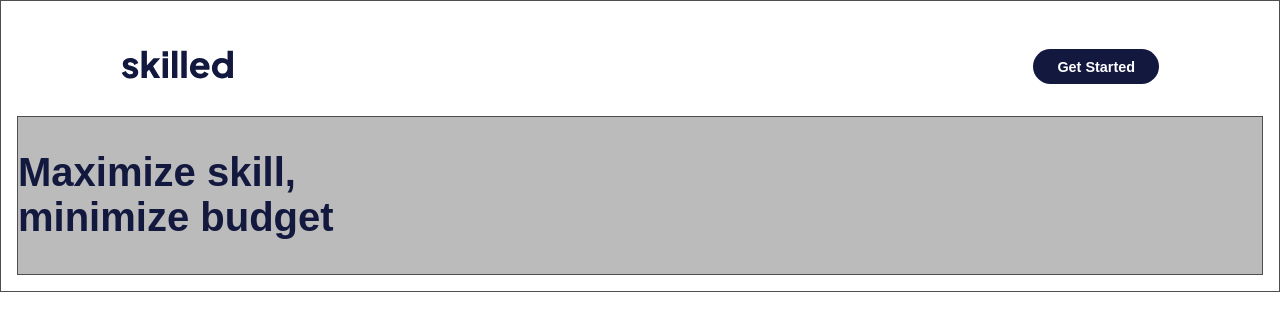
Repository: exe-walt/E-Learning-Landing-Page
Page: index.html
An editor plug-in stored every save of this project. The page is shown before and after the next save, followed by the edit.
The browser window is 1280 px wide. The pictures show the whole page.
Some web fonts or font styles are not loaded; a fallback is used.

Above is the page before, as saved 2025-05-27 19:55:06.

### index.html
<!DOCTYPE html>
<html lang="en">
<head>
  <meta charset="UTF-8">
  <meta name="viewport" content="width=device-width, initial-scale=1.0">
  <title>Skilled E-Learning Page</title>
  <link rel="stylesheet" href="css/style.css">
  <link href="https://fonts.cdnfonts.com/css/plus-jakarta-sans" rel="stylesheet">
</head>
<body>
  <div class="content-container">
    <nav>
      <div class="navbar">
        <ul>
          <li id="logo">
            <img src="img/skilled-logo.svg" alt="logo">
          </li>
          <li class="navbar-button">
            <button>Get Started</button>
          </li>
        </ul>
      </div>
    </nav>

    <section class="hero-section">
      <div class="hero-text">
        <h1>Maximize skill, <br>minimize budget</h1>
      </div>
    </section>
  </div>

</body>
</html>

### css/style.css
* {
  font-family: "Plus Jakarta Sans", sans-serif;
}
body {
  margin: 0;
  display: flex;
  justify-content: center;
  align-items: center;
}

.content-container {
  background-color: #ffffff;
  max-width: 100%;
  width: 100%;
  height: auto;
  padding: 1em;
  border: 1px solid #4f4f4f;
}

.navbar {
  display: flex;
  justify-content: space-between;
  align-items: center;
  padding: 2rem 2.5rem;
  background-color: white;
  margin-left: 4em;
  margin-right: 4em;
}

.navbar ul {
  display: flex;
  align-items: center;
  justify-content: space-between;
  width: 100%;
  list-style: none;
  margin: 0;
  padding: 0;
}

.logo img {
  height: 1.75rem;
  width: auto;
}

.navbar-button button {
  background-color: #13183F;
  color: white;
  border: none;
  border-radius: 999px;
  padding: 0.6rem 1.5rem;
  font-weight: 600;
  font-size: 0.9rem;
  cursor: pointer;
  transition: background-color 0.3s ease;
}

.navbar-button button:hover {
  background-color: #666ca3;
}

.hero-section{
  border: 1px solid #4f4f4f;
  display: flex;
  background-color: #bbbbbb;

}

.hero-section h1 {
  font-family: Plus Jakarta Sans, sans-serif;
  font-size: 2.5em;
  font-weight: 800;
  color: #13183F;
}

After the next save:
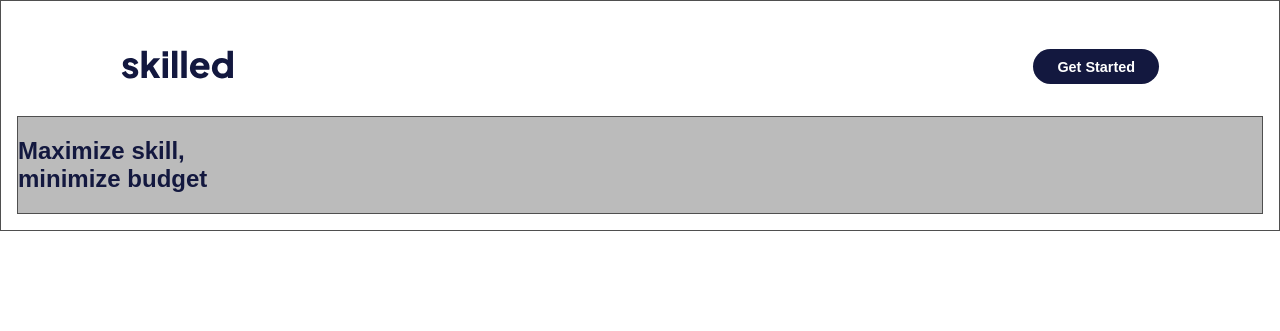
Saved 20 s later.
--- a/css/style.css
+++ b/css/style.css
@@ -67,7 +67,7 @@ body {
 
 .hero-section h1 {
   font-family: Plus Jakarta Sans, sans-serif;
-  font-size: 2.5em;
+
   font-weight: 800;
   color: #13183F;
 }

After the save that followed:
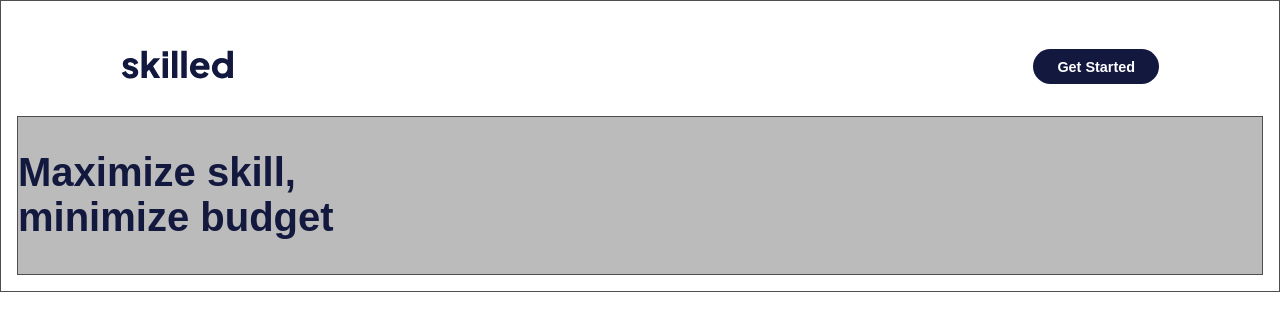
Saved 5 s later.
--- a/css/style.css
+++ b/css/style.css
@@ -67,7 +67,7 @@ body {
 
 .hero-section h1 {
   font-family: Plus Jakarta Sans, sans-serif;
-
+  font-size: 2.5em;
   font-weight: 800;
   color: #13183F;
 }
